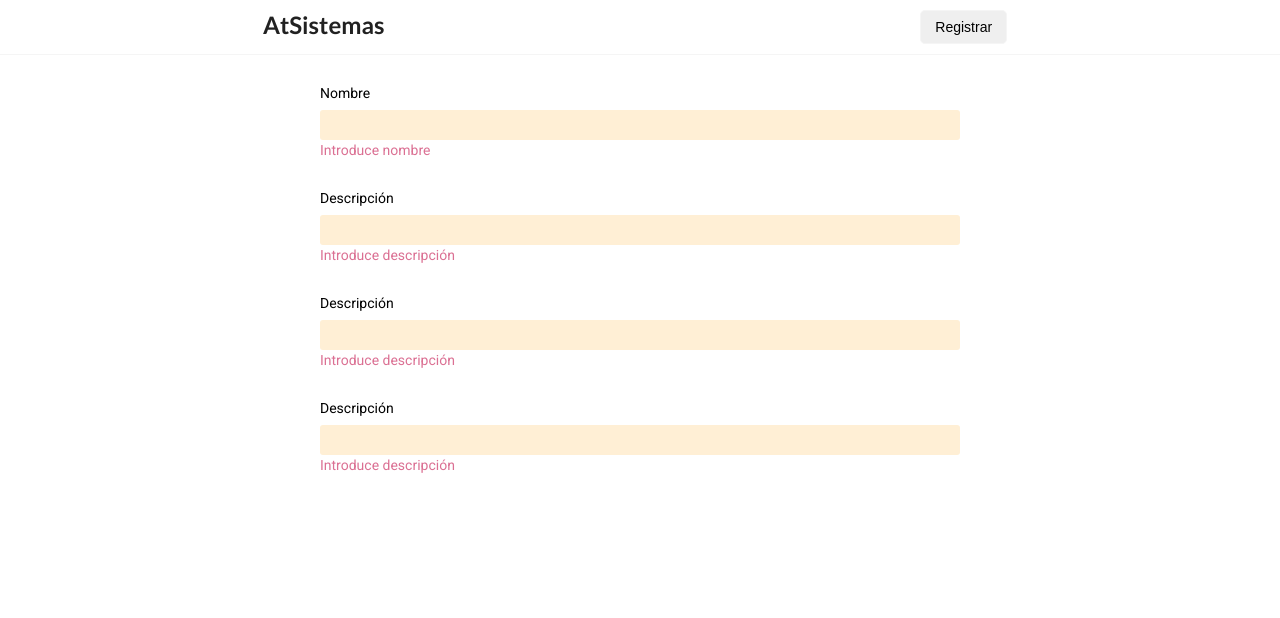
Repository: banchiec/atsistemas
Page: /site/register-site
These files come from the project's save history. The page is drawn as it stood at one moment and after the next save; the edit follows.
The browser window is 1280 px wide. The pictures show the whole page.
The project was rebuilt for these pictures with package versions that can differ from the ones it lists, and the page was loaded fresh each time. Also part of the build but not shown: src/components/SiteCard/SiteCard.js, src/redux/actions/sitesActions.js, src/screens/SiteScreen/SiteScreen.js, src/screens/SiteDetailsScreen/SiteDetailsScreen.js.

Above is the page before, as saved 2022-08-16 14:20:15.

### src/index.js
import React from "react";
import ReactDOM from "react-dom";
import App from "./App";
import store from "./redux/store";
import { Provider } from "react-redux";

ReactDOM.render(
  <React.StrictMode>
    <Provider store={store}>
      <App />
    </Provider>
  </React.StrictMode>,
  document.getElementById("root")
);

### src/App.js
import React from "react";
import { BrowserRouter as Router, Switch, Route } from "react-router-dom";
import SiteScreen from "./screens/SiteScreen/SiteScreen";
import SiteDetailsScreen from './screens/SiteDetailsScreen/SiteDetailsScreen'
import Header from "./components/Header/Header";
import "./App.css";
import RegisterSiteScreen from "./screens/RegisterSiteScreen/RegisterSiteScreen";

function App() {
  return (
    <div className="App">
      <Header/>
      <Router>
        <Switch>
          <Route path="/" exact component={SiteScreen} />
          <Route path="/site/register-site" exact component={RegisterSiteScreen} />
          <Route path="/site/:siteId" exact component={SiteDetailsScreen} />
          <Route>404 Not Found!</Route>
        </Switch>
      </Router>
    </div>
  );
}

export default App;

### src/components/Header/Header.js
import {ContainerHeader} from './headerStyled'

const Header = () => {
  function handleClick(){
    console.log("Object");
  }
	return(
    <ContainerHeader>
      <div>
        <h2>AtSistemas</h2>
      </div>
      <div>
        <button onClick={handleClick}>Registrar</button>
      </div>
    </ContainerHeader>
	)
}
export default Header

### src/App.css
* {
  font-family: "Roboto", sans-serif;
  padding: 0;
  margin: 0;
}

.ui.cards > .card > .image {
  height: 250px;
  padding: 20px;
  background: #fff;
  margin: auto;
}
.ui.cards > .card > .image > img {
  height: 100%;
  max-width: 100%;
  width: auto;
}
.ui.cards > .card > .content > .header {
  height: 48px;
  overflow: hidden;
  margin-bottom: 5px;
}
.ui.cards > .card > .content > .list{
  height: 36px;
  margin-bottom: 0px;
  overflow: hidden;
}
.ui.cards > .card .meta.name{
  margin-bottom: 5px;
  font-size: 18px;
  color: #333;
  font-weight: 600;
}

.ui.cards > .card .meta.name> a {
  font-size: 1.3rem;
  color: #222;
}

.ui.menu.fixed {
  height: 60px;
  padding-top: 15px;
}

.ui.grid.container {
  margin-top: 200px;
}

.ui.grid > .row {
  background: #fff;
}
.ui.grid > .row > .column.lp {
  padding: 20px 40px 20px 20px;
  align-self: flex-start !important;
}
.ui.grid > .row > .column.rp {
  padding: 20px 20px 20px 40px;
  text-align: left;
  align-self: flex-start !important;
}

.ui.grid > .row > .column > img,
.ui.grid > .row > img {
  height: 100%;
}
.ui.placeholder .header:not(:first-child):before,
.ui.placeholder .image:not(:first-child):before,
.ui.placeholder .paragraph:not(:first-child):before {
  display: none;
}

.ui.label,
.ui.labels .label {
  font-size: 22px;
}

.column.rp h1 {
  color: #333;
}
.column.rp p {
  font-size: 18px;
  color: #777;
}
.ui.placeholder.segment .column .button,
.ui.placeholder.segment .column .field,
.ui.placeholder.segment .column textarea,
.ui.placeholder.segment .column > .ui.input {
  background-color: #ff3e6c;
  border: 1px solid #ff3e6c;
  color: #fff;
  font-size: 18px;
  margin-left: 0;
}

### src/screens/RegisterSiteScreen/RegisterSiteScreen.js
import { ContainerRegisterSiteScreen, FormControl, Input, Label, Message } from "./registerSiteScreenStyled"

const RegisterSiteScreen = () => {
	return(
		<ContainerRegisterSiteScreen>
			<FormControl>
				<Label htmlFor="label">Nombre</Label>
				<Input id='label'/>
				<Message>Introduce nombre</Message>
			</FormControl>
			<FormControl>
				<Label htmlFor="label">Descripción</Label>
				<Input id='label'/>
				<Message>Introduce descripción</Message>
			</FormControl>
			<FormControl>
				<Label htmlFor="label">Descripción</Label>
				<Input id='label'/>
				<Message>Introduce descripción</Message>
			</FormControl>
			<FormControl>
				<Label htmlFor="label">Descripción</Label>
				<Input id='label'/>
				<Message>Introduce descripción</Message>
			</FormControl>
		</ContainerRegisterSiteScreen>
	)
}
export default RegisterSiteScreen

### src/redux/reducers/index.js
import { combineReducers } from "redux";
import { sitesReducer, selectedSiteReducer } from "./sitesReducer";
const reducers = combineReducers({
  allSites: sitesReducer,
  site: selectedSiteReducer,
});
export default reducers;

### src/components/Header/headerStyled.js
import styled from 'styled-components'

const ContainerHeader = styled.div`
	display: flex;
	flex-direction: row;
	border-bottom: 1px solid whitesmoke;
	justify-content: space-around;
	div {
		padding: 10px;
		button{
			border-radius: 5px;
			padding: 8px 14px 8px 14px;
			border: 1px solid whitesmoke;
			margin: 0px 10px 0px 10px;
			:hover {
				background: black ;
				color: white;
				transition: 1s ease-out;
			}
		}
	}
`
export {
	ContainerHeader
}

### src/screens/RegisterSiteScreen/registerSiteScreenStyled.js
import styled from "styled-components";

export const ContainerRegisterSiteScreen = styled.div`
	display: flex;
	flex-direction: column;
	justify-content: center;
	align-items: center;
`
export const FormControl = styled.div`
	color: palevioletred;
	display: block;
	width: 50%;
	margin-top: 2em;
`
export const Label = styled.label`
	display: block;
	margin-bottom: 0.5em;
	color: black;
`
export const Input = styled.input`
	padding:  0.5em;
	color: black;
	background:  papayawhip;
	border: none;
	border-radius: 3px;
	width: 100%;
`
export const Message = styled.label`
	color: palevioletred;
	display: block;
`

### src/redux/reducers/sitesReducer.js
import { ActionTypes } from "../constants/action-types";
const intialState = {
  sites: [],
};

export const sitesReducer = (state = intialState, { type, payload }) => {
  switch (type) {
    case ActionTypes.SET_SITES:
      return {
        ...state,
        sites: payload
      };
    default:
      return state;
  }
};

export const selectedSiteReducer = (state = {}, { type, payload }) => {
  switch (type) {
    case ActionTypes.SELECTED_SITE:
      return {
        ...state,
        ...payload
      };
    case ActionTypes.REMOVE_SELECTED_SITE:
      return {};
    default:
      return state;
  }
};

### src/redux/constants/action-types.js
export const ActionTypes = {
  FETCH_SITES: 'FETCH_SITES',
  SET_SITES: "SET_SITES",
  SELECTED_SITE: "SELECTED_SITE",
  REMOVE_SELECTED_SITE: "REMOVE_SELECTED_SITE",
};

Loaded but not shown: public/index.html (common file); src/redux/store.js (common file)

After the next save:
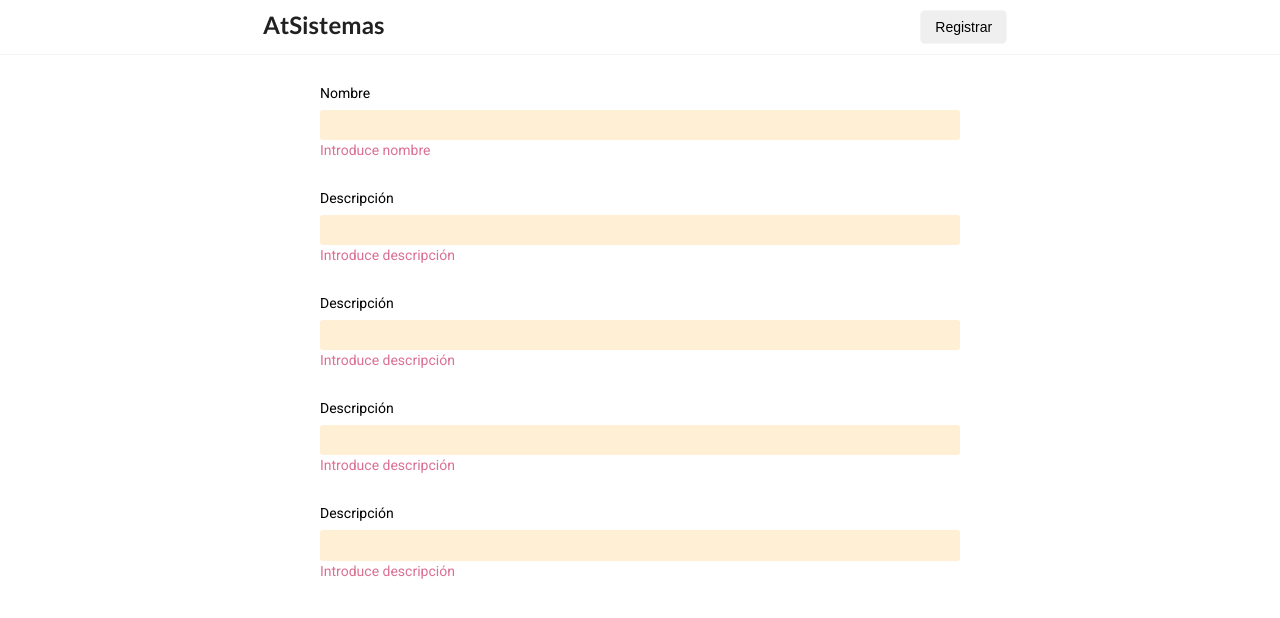
Saved 63 s later.
--- a/src/screens/RegisterSiteScreen/RegisterSiteScreen.js
+++ b/src/screens/RegisterSiteScreen/RegisterSiteScreen.js
@@ -4,23 +4,28 @@ const RegisterSiteScreen = () => {
 	return(
 		<ContainerRegisterSiteScreen>
 			<FormControl>
-				<Label htmlFor="label">Nombre</Label>
-				<Input id='label'/>
+				<Label htmlFor="name">Nombre</Label>
+				<Input id='name'/>
 				<Message>Introduce nombre</Message>
 			</FormControl>
 			<FormControl>
 				<Label htmlFor="label">Descripción</Label>
-				<Input id='label'/>
+				<Input id='description'/>
 				<Message>Introduce descripción</Message>
 			</FormControl>
 			<FormControl>
 				<Label htmlFor="label">Descripción</Label>
-				<Input id='label'/>
+				<Input id='key'/>
 				<Message>Introduce descripción</Message>
 			</FormControl>
 			<FormControl>
 				<Label htmlFor="label">Descripción</Label>
-				<Input id='label'/>
+				<Input id='path'/>
+				<Message>Introduce descripción</Message>
+			</FormControl>
+			<FormControl>
+				<Label htmlFor="label">Descripción</Label>
+				<Input id='publicPath'/>
 				<Message>Introduce descripción</Message>
 			</FormControl>
 		</ContainerRegisterSiteScreen>
